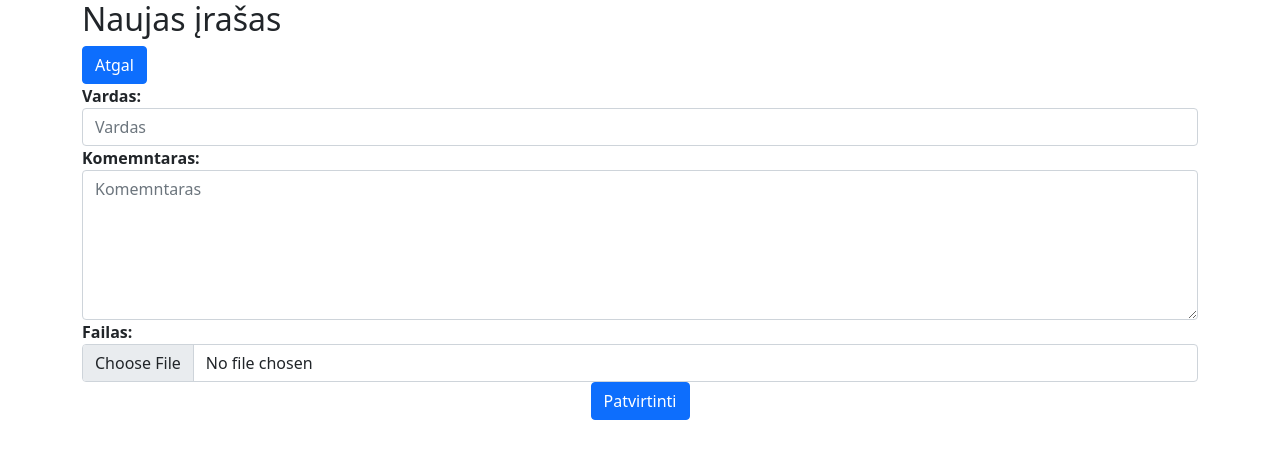
Repository: WafIukas/Bylos-ikelimas
Page: http://localhost/products/create
These files come from the project's save history. The page is drawn as it stood at one moment and after the next save; the edit follows.
The browser window is 1280 px wide. The pictures show the whole page.
The page is served by the project's Laravel application, run on PHP 8.4 with Laravel 9.

Above is the page before, as saved 2022-04-29 17:32:51.

After the next save:
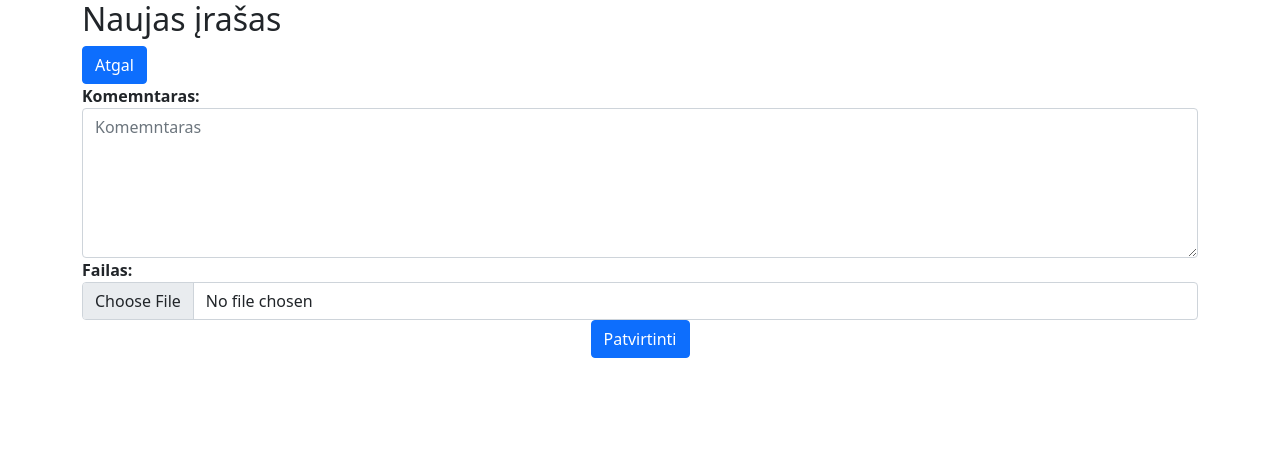
Saved 43 s later.
--- a/resources/views/products/create.blade.php
+++ b/resources/views/products/create.blade.php
@@ -28,10 +28,6 @@
 
      <div class="row">
         <div class="col-xs-12 col-sm-12 col-md-12">
-            <div class="form-group">
-                <strong>Vardas:</strong>
-                <input type="text" name="name" class="form-control" placeholder="Vardas">
-            </div>
         </div>
         <div class="col-xs-12 col-sm-12 col-md-12">
             <div class="form-group">
